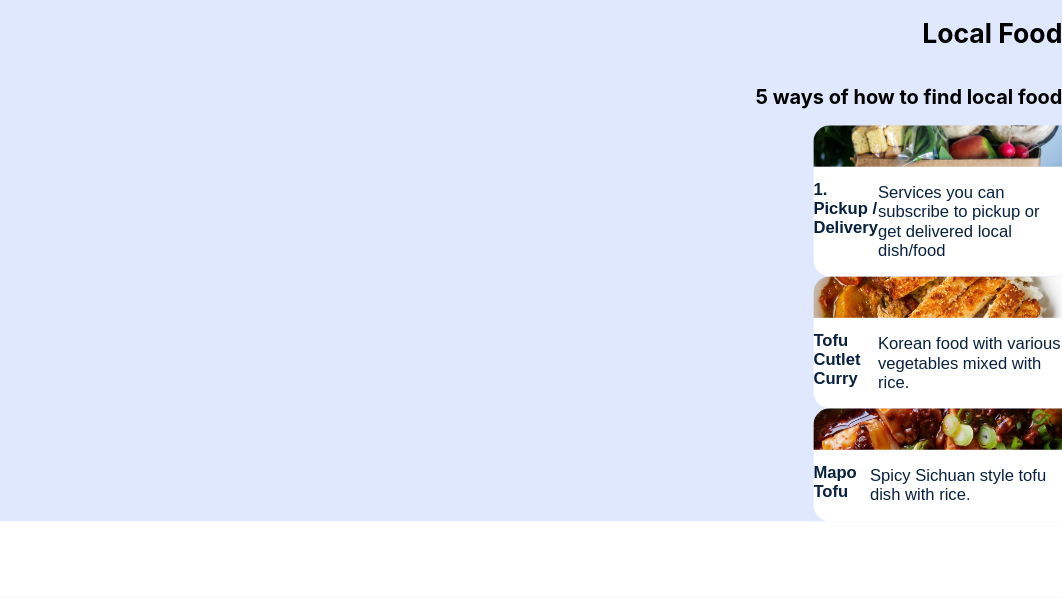
Repository: Kinakopan/design_mindfulEating_site
Page: /localfood (app in firstapp/)
An editor plug-in stored every save of this project. The page is shown before and after the next save, followed by the edit.
The browser window is 1280 px wide. The pictures show the whole page, at 83% of full size.
The project was rebuilt for these pictures with package versions that can differ from the ones it lists, and the page was loaded fresh each time. The framework's server and built-in components were replaced by stand-ins that run in the browser. Also part of the build but not shown: firstapp/next.config.js, firstapp/comps/Navbar/index.js.

Above is the page before, as saved 2022-04-21 20:08:20.

### firstapp/pages/localfood.js
import Navbar from "../comps/Navbar";
import LocalCard from "../comps/Localfood/LocalCard";

import styled from 'styled-components';

const StyledRecipes = styled.div`
    background-color:#E0E8FD;
    display:flex;
    flex-direction:column;
    align-items:end;
`;

// const BgChange = styled.div`
// background-color:#E0E8FD;
// `;


export default function LocalFood(){
    return (
    <StyledRecipes>
        {/* <BgChange> */}

        <h1>Local Food</h1>
        <h2>5 ways of how to find local food</h2>

            <LocalCard
            img="/localfood/picup.jpg"
            title="1. Pickup / Delivery"
            paragraph="Services you can subscribe to pickup or get delivered local dish/food"
            top="820px"
            />

            <LocalCard
            img="/recipes3.png"
            title="Tofu Cutlet Curry"
            paragraph="Korean food with various vegetables mixed with rice."
            top="1020px"
            />

            <LocalCard
            img="/recipes4.png"
            title="Mapo Tofu"
            paragraph="Spicy Sichuan style tofu dish with rice."
            top="1220px"
            />

        {/* </BgChange> */}
    </StyledRecipes>
    )
}

### firstapp/comps/Localfood/LocalCard.js

import styled from 'styled-components';

const StyledCard = styled.div`
    display:flex;
    flex-direction:column;
    color:${props=>props.text_color};
    height:auto;
    width:300px;
    font-family: 'm plus 1', sans-serif;
    border-radius: 20px 0 0 20px;
    overflow: hidden;
`;

const ImgBox = styled.div`
    height: 50px;
`;

const Img = styled.img`
    width: 100%;
    height: 100%;
    object-fit: cover;
`;

const TxtBox = styled.div`
    display:flex;
    background:#fff;
`;

const Ttl = styled.h2`
    color:${props=>props.text_color};
    font-family: 'm plus 1', sans-serif;
    font-size:20px;
`;

const Txt = styled.p`
    color:${props=>props.text_color};
    font-family: 'm plus 1', sans-serif;
    font-size:20px;
`;

// const Para = styled(Title)`
// font-size:16px;
// `


export default function LocalCard({
  img="/recipes1.png",
  tcl="#08213E",
  title="1. Pickup / Delivery",
  paragraph="Services you can subscribe to pickup or get delivered local dish/food",
}){

  return <StyledCard text_color={tcl}>
    <ImgBox>
      <Img src={img} />
    </ImgBox>

    <TxtBox>
      <Ttl>{title}</Ttl>
      <Txt>{paragraph}</Txt>
    </TxtBox>

  </StyledCard>

}

Loaded but not shown: firstapp/pages/_app.js (common file); firstapp/styles/globals.css (common file)

After the next save:
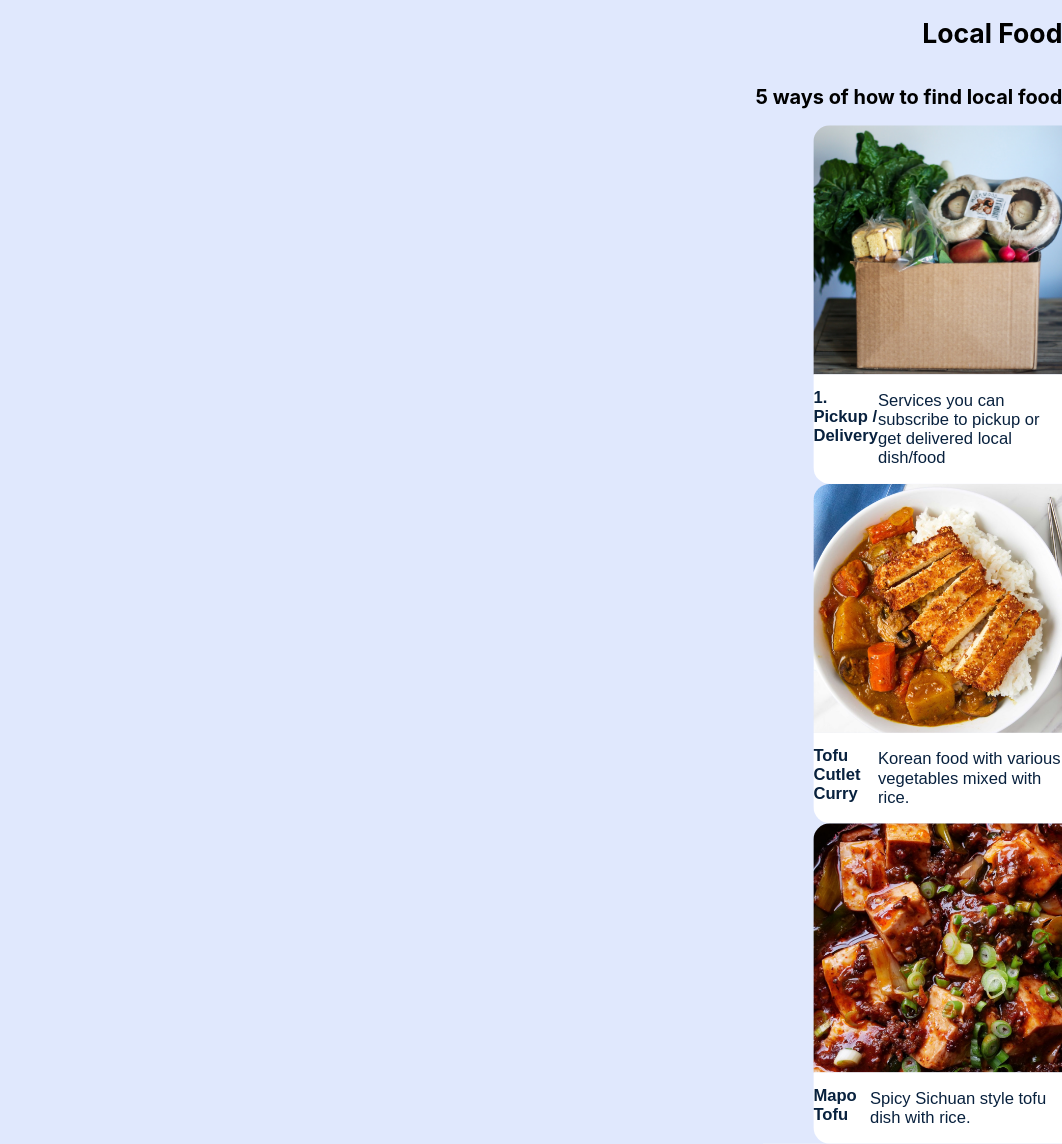
Saved 7 s later.
--- a/firstapp/comps/Localfood/LocalCard.js
+++ b/firstapp/comps/Localfood/LocalCard.js
@@ -13,7 +13,7 @@ const StyledCard = styled.div`
 `;
 
 const ImgBox = styled.div`
-    height: 50px;
+    height: 300px;
 `;
 
 const Img = styled.img`
